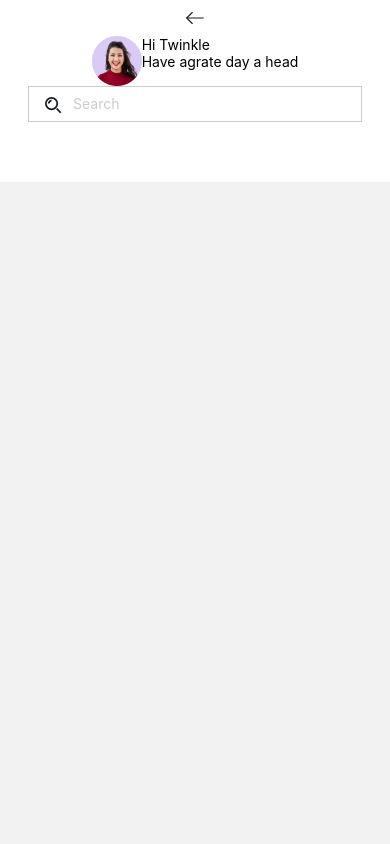
Repository: tungcutte35/TH_ReactNative_Tuan7
Screen: /Todos
These files come from the project's save history. The screen is drawn as it stood at one moment and after the next save; the edit follows.
The app was drawn by React Native's web renderer in a window 390 px wide. The project was rebuilt for these pictures with package versions that can differ from the ones it lists, and the page was loaded fresh each time.

Above is the screen before, as saved 2023-10-30 16:57:15.

After the next save:
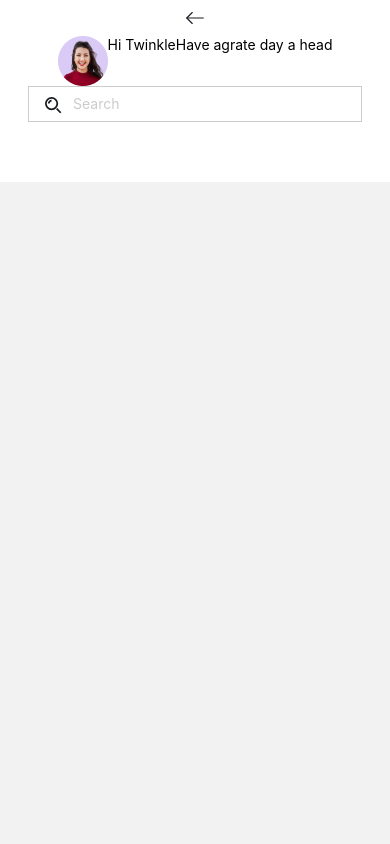
Saved 57 s later.
--- a/components/Todos.js
+++ b/components/Todos.js
@@ -7,13 +7,10 @@
     <View style={styles.container}>
       <Image style={styles.img1} source={require("../assets/btnBack.svg")} />
       <View style={styles.view1}>
-        <View>
-          <Image style={styles.img2} source={require("../assets/avt.png")} />
-        </View>
-        <View style={styles.vText}>
-          <Text style={styles.text1}>Hi Twinkle</Text>
-          <Text style={styles.text2}>Have agrate day a head</Text>
-        </View>
+        <Image style={styles.img2} source={require("../assets/avt.png")} />
+
+        <Text style={styles.text1}>Hi Twinkle</Text>
+        <Text style={styles.text2}>Have agrate day a head</Text>
       </View>
       <View style={styles.viewInput}>
         <TextInput placeholder="Search" style={styles.input} />

After the save that followed:
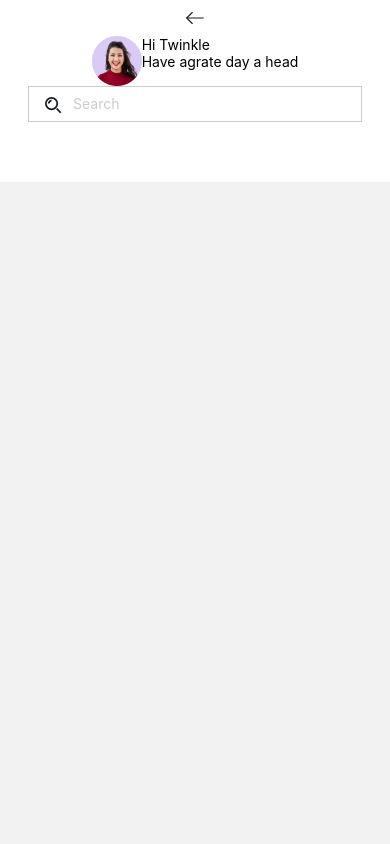
Saved 20 s later.
--- a/components/Todos.js
+++ b/components/Todos.js
@@ -7,10 +7,13 @@
     <View style={styles.container}>
       <Image style={styles.img1} source={require("../assets/btnBack.svg")} />
       <View style={styles.view1}>
-        <Image style={styles.img2} source={require("../assets/avt.png")} />
-
-        <Text style={styles.text1}>Hi Twinkle</Text>
-        <Text style={styles.text2}>Have agrate day a head</Text>
+        <View>
+          <Image style={styles.img2} source={require("../assets/avt.png")} />
+        </View>
+        <View style={styles.vText}>
+          <Text style={styles.text1}>Hi Twinkle</Text>
+          <Text style={styles.text2}>Have agrate day a head</Text>
+        </View>
       </View>
       <View style={styles.viewInput}>
         <TextInput placeholder="Search" style={styles.input} />
@@ -21,6 +24,7 @@
 };
 const styles = StyleSheet.create({
   container: {
+    // flex: 1,
     backgroundColor: "#fff",
     alignItems: "center",
     justifyContent: "center",
